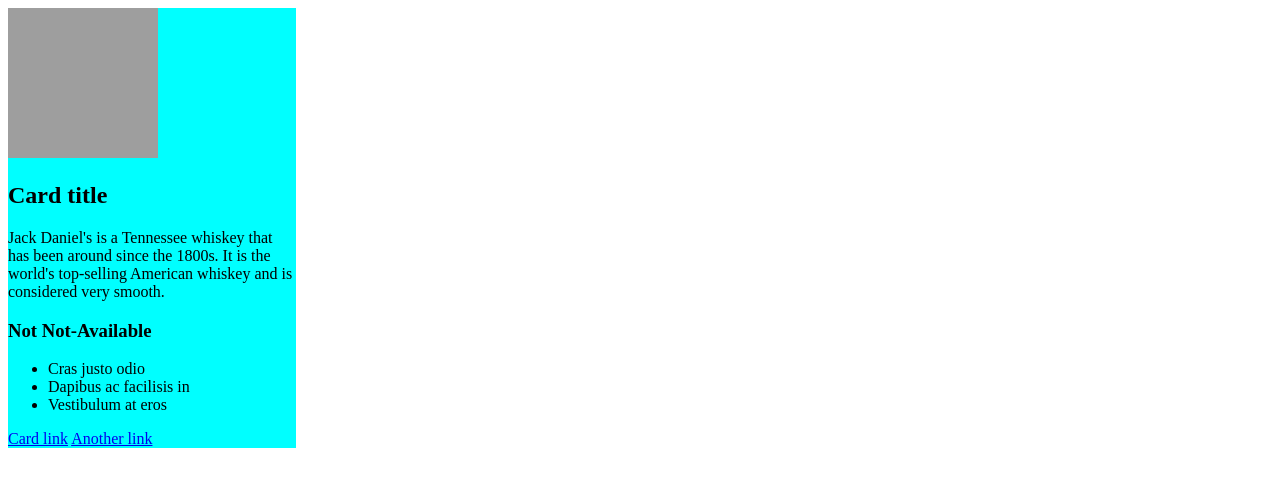
Repository: ZamlZam/REPO-11
Page: product-cards/index.html
The author's editor kept a copy of each file at every save. The page is drawn from the files as they stood at one save, then again after the next save.
The browser window is 1280 px wide. The pictures show the whole page.
Pictures or frames that could not be fetched are drawn as grey boxes.

Above is the page before, as saved 2023-04-12 20:34:41.

### product-cards/index.html
<!DOCTYPE html>
<html lang="en">
<head>
  <meta charset="UTF-8">
  <meta http-equiv="X-UA-Compatible" content="IE=edge">
  <meta name="viewport" content="width=device-width, initial-scale=1.0">
  <title>Document</title>
  <link rel="stylesheet" href="main.css">
</head>
<body>
  <div class="card1" style="width: 18rem;">
    <img src="https://www.finewinedelivery.co.nz/content/products/original/16561.jpg?width=1136" height = "150px" width="150px" alt="">
    <div class="card-body">
      <h2 class="Jack Daniel">Card title</h2>
      <p class="card-text">Jack Daniel's is a Tennessee whiskey that has been around since the 1800s. It is the world's top-selling American whiskey and is considered very smooth.</p>
    </div>
    <h3 class="Not-Available">Not Not-Available</h3>
    <ul class="list-group list-group-flush">
      <li class="list-group-item">Cras justo odio</li>
      <li class="list-group-item">Dapibus ac facilisis in</li>
      <li class="list-group-item">Vestibulum at eros</li>
    </ul>
    <div class="card-body">
      <a href="#" class="card-link">Card link</a>
      <a href="#" class="card-link">Another link</a>
    </div>
  </div>
</body>
</html>

### product-cards/main.css
.card1 {
  border: black;
  background-color: aqua;
}

After the next save:
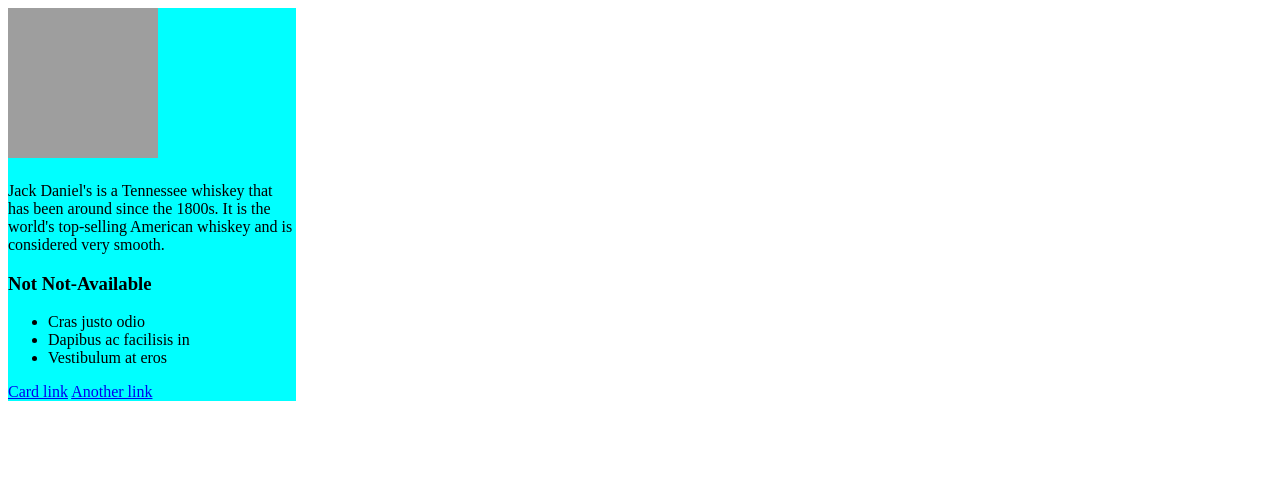
Saved 8 s later.
--- a/product-cards/index.html
+++ b/product-cards/index.html
@@ -11,7 +11,7 @@
   <div class="card1" style="width: 18rem;">
     <img src="https://www.finewinedelivery.co.nz/content/products/original/16561.jpg?width=1136" height = "150px" width="150px" alt="">
     <div class="card-body">
-      <h2 class="Jack Daniel">Card title</h2>
+      <h2 class="Jack Daniel"></h2>
       <p class="card-text">Jack Daniel's is a Tennessee whiskey that has been around since the 1800s. It is the world's top-selling American whiskey and is considered very smooth.</p>
     </div>
     <h3 class="Not-Available">Not Not-Available</h3>

After the save that followed:
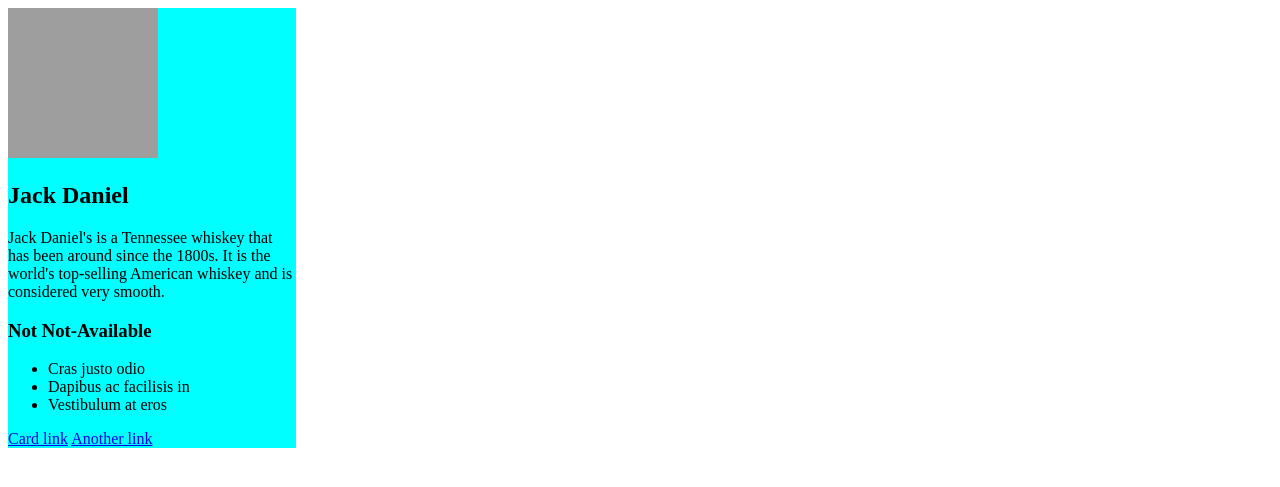
Saved 7 s later.
--- a/product-cards/index.html
+++ b/product-cards/index.html
@@ -11,7 +11,7 @@
   <div class="card1" style="width: 18rem;">
     <img src="https://www.finewinedelivery.co.nz/content/products/original/16561.jpg?width=1136" height = "150px" width="150px" alt="">
     <div class="card-body">
-      <h2 class="Jack Daniel"></h2>
+      <h2 class="Jack Daniel">Jack Daniel</h2>
       <p class="card-text">Jack Daniel's is a Tennessee whiskey that has been around since the 1800s. It is the world's top-selling American whiskey and is considered very smooth.</p>
     </div>
     <h3 class="Not-Available">Not Not-Available</h3>
